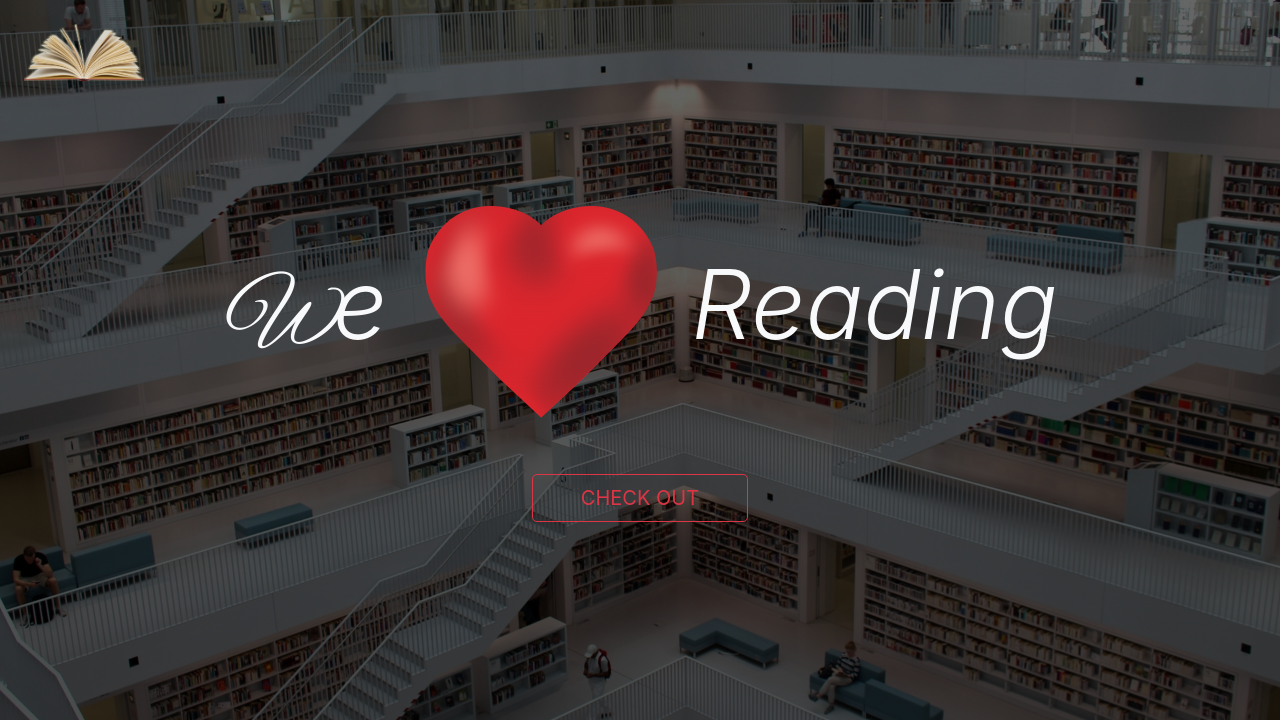
Repository: imedakrouti/BookStore
Page: index.html
The author's editor kept a copy of each file at every save. The page is drawn from the files as they stood at one save, then again after the next save.
The browser window is 1280 px wide. The pictures show the whole page.
Some web libraries are served in a nearby version.

Above is the page before, as saved 2020-05-05 17:49:08.

### index.html
<!DOCTYPE html>
<html lang="en">
<head>
    <meta charset="UTF-8">
    <!-- meta view-port responsive design -->
    <meta name="viewport" content="width=device-width, initial-scale=1.0">
    <!-- Favicon -->
    <link rel="shortcut icon" href="images/img/title-img.png" type="image/x-icon">
    <!-- Fontawsome -->
    <link rel="stylesheet" href="https://use.fontawesome.com/releases/v5.0.10/css/all.css" integrity="sha384-+d0P83n9kaQMCwj8F4RJB66tzIwOKmrdb46+porD/OvrJ+37WqIM7UoBtwHO6Nlg" crossorigin="anonymous">
    <!-- Css Bootstrap -->
    <link rel="stylesheet" href="pluguin/bootstrap/css/bootstrap.min.css">
    <!-- Css style -->
    <link rel="stylesheet" href="styles/styles.css">
    <title>Books Site</title>
</head>
<body>
    <!-- Header -->
    <header class="d-flex align-items-center">
        <div class="align-self-start position-absolute">
          <a href="#">
            <img src="images/img/book.png" width="120" class="img-fluid m-4">
          </a>
        </div>
        <div class="container">
          <div class="row">
            <div class="col text-center">
              <h1 class="text-light display-1 font-italic mb-5 banner-heading">We <img src="images/img/heart.png" width="250" class="img-fluid"> Reading</h1>
              <a href="#" class="btn btn-lg btn-outline-danger text-uppercase px-5">Check Out</a>
            </div>
          </div>
        </div>
      </header>
    <!-- End Of Header -->
<!-- Jquery -->
<script src="pluguin/jquery-3.3.1.min.js"></script>
<!-- Popper js -->
<script src="pluguin/popper.js"></script>
<!-- Bootstrap js  -->
<script src="pluguin/bootstrap/js/bootstrap.min.js"></script>
<!-- Own js file -->
<script src="js/script.js"></script>
</body>
</html>

### styles/styles.css
@import url('https://fonts.googleapis.com/css?family=Great+Vibes&display=swap');

*{
    margin: 0;
    padding: 0;
    box-sizing:border-box;
}
body{
    /* font-family: 'Great Vibes', cursive; */
}
a:hover{
    text-decoration: none;
}
header{
    height: 100vh;
    background:linear-gradient(rgba(0,0,0,0.6),rgba(0,0,0,0.7)),url('../images/img/header-bg.jpeg')no-repeat fixed center /cover;
}
.banner-heading::first-letter{
    font-family: 'Great Vibes', cursive;
    font-size: 82px;
}

Loaded but not shown: pluguin/bootstrap/css/bootstrap.min.css (library); pluguin/jquery-3.3.1.min.js (library); pluguin/popper.js (library); pluguin/bootstrap/js/bootstrap.min.js (library); js/script.js (no copy from this time; the picture is the same without it)

After the next save:
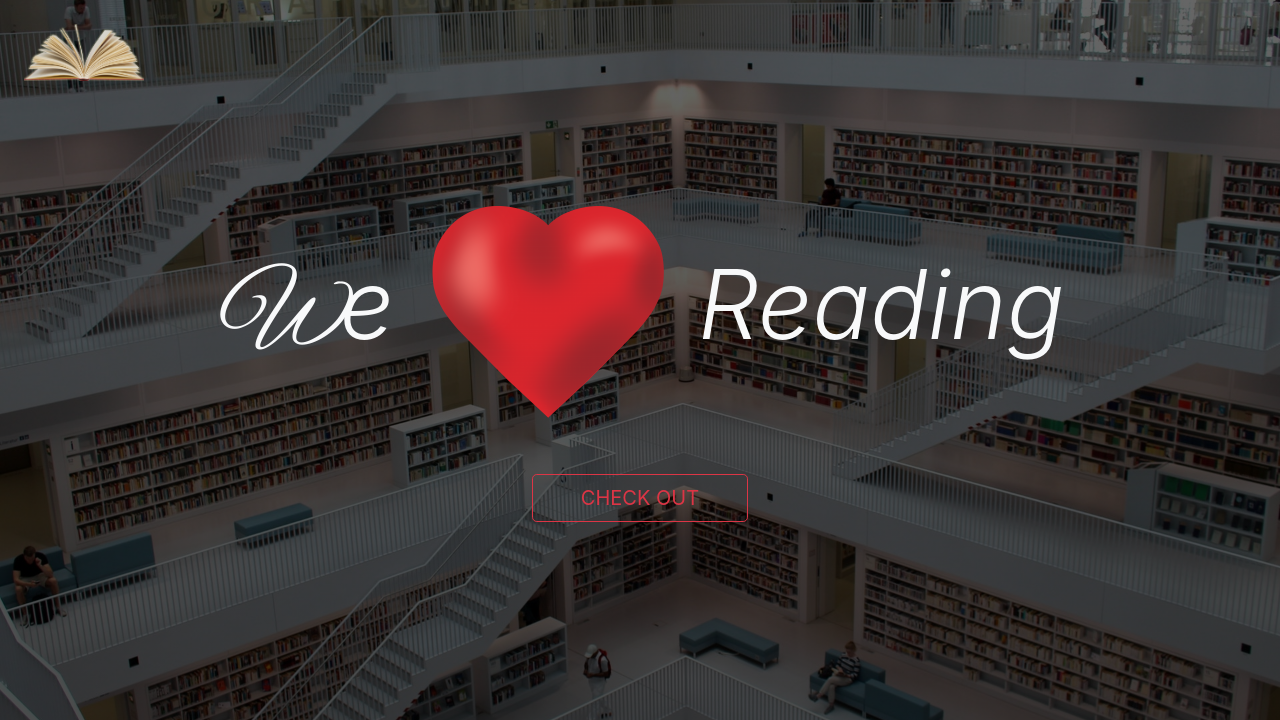
Saved 7 s later.
--- a/styles/styles.css
+++ b/styles/styles.css
@@ -17,5 +17,5 @@ header{
 }
 .banner-heading::first-letter{
     font-family: 'Great Vibes', cursive;
-    font-size: 82px;
+    font-size: 92px;
 }
